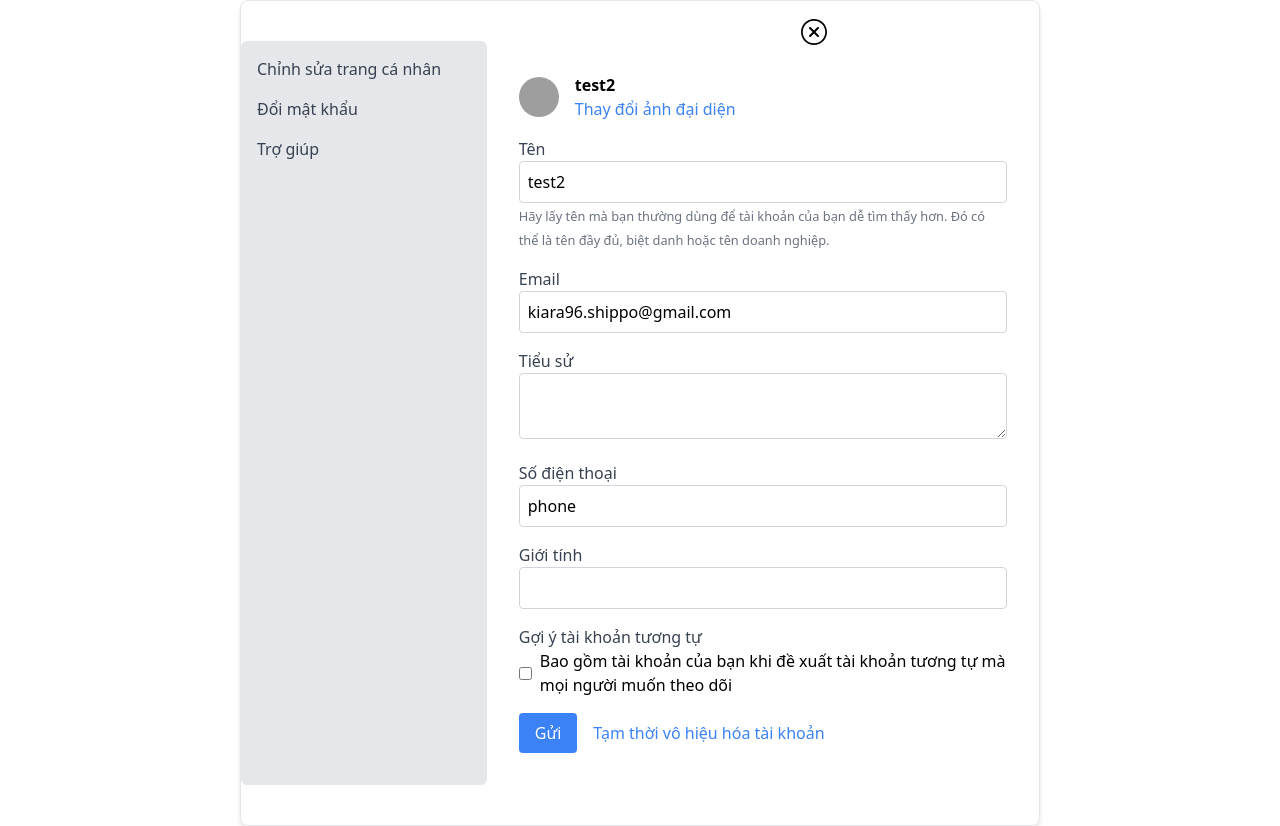
Repository: DangNgocDuong250903/2425_CS445AC_NHOM1
Page: /update_user (app in social_fe/)
The author's editor kept a copy of each file at every save. The page is drawn from the files as they stood at one save, then again after the next save.
The browser window is 1280 px wide. The pictures show the whole page.
Pictures or frames that could not be fetched are drawn as grey boxes. The project was rebuilt for these pictures with package versions that can differ from the ones it lists, and the page was loaded fresh each time. Also part of the build but not shown: social_fe/vite.config.js, social_fe/src/components/Button/index.jsx, social_fe/src/assets/index.js, social_fe/src/components/FriendCard/index.jsx, social_fe/src/components/Loading/index.jsx, social_fe/src/components/PostCard/index.jsx, social_fe/src/components/ProfileCard/index.jsx, social_fe/src/components/TextInput/index.jsx and 8 more.

Above is the page before, as saved 2024-11-05 11:04:28.

After the next save:
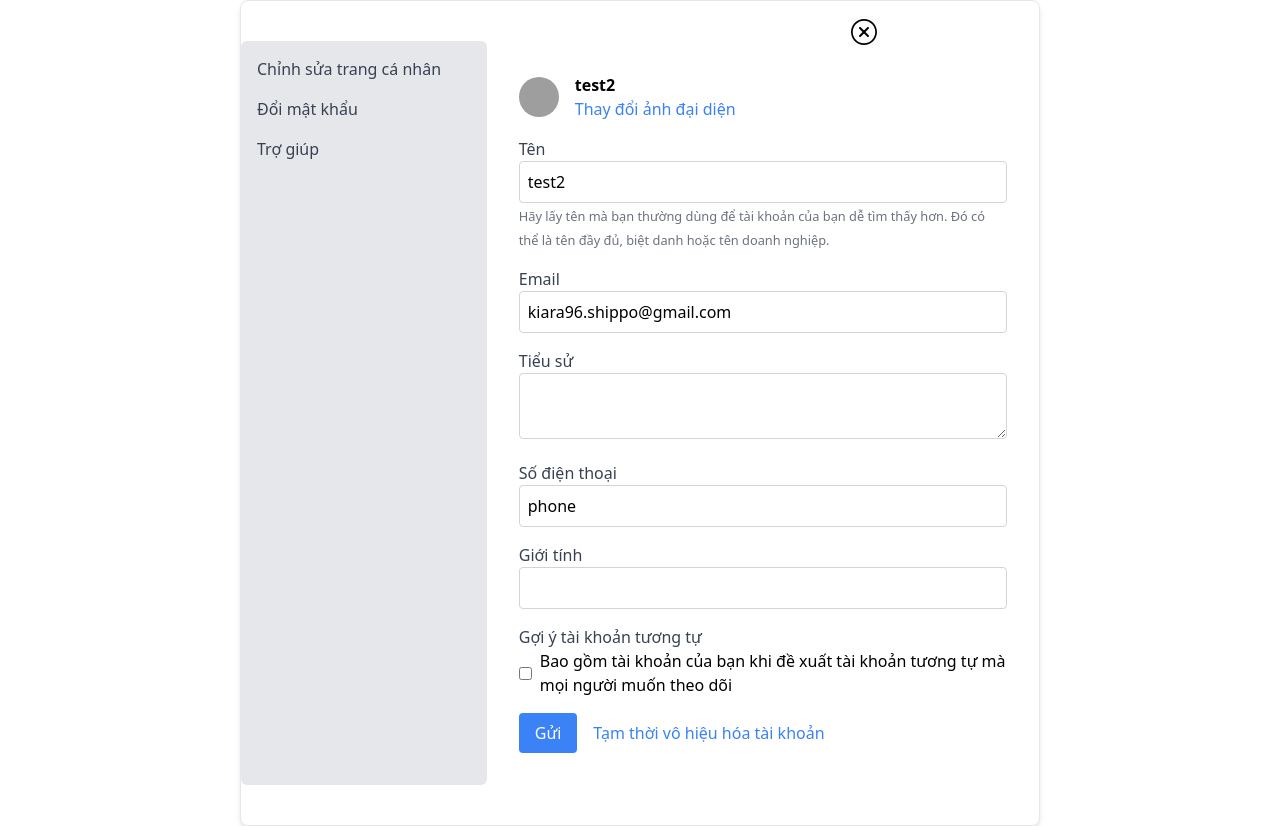
Saved 4 s later.
--- a/social_fe/src/pages/ProfilePage/updateUser.jsx
+++ b/social_fe/src/pages/ProfilePage/updateUser.jsx
@@ -10,7 +10,7 @@ const UpdateUser = () => {
     };
     return (
         <div className="flex w-[800px] mx-auto pt-10 pb-10 border border-gray-200 shadow-md rounded-lg ">
-            <IoIosCloseCircleOutline onClick={() => navigate("/")} className="absolute w-8 h-8 cursor-pointer top-4 right-[450px] hover:text-red-400 " />
+            <IoIosCloseCircleOutline onClick={() => navigate("/")} className="absolute w-8 h-8 cursor-pointer top-4 right-[400px] hover:text-red-400 " />
             <div className="w-1/3 p-4 bg-gray-200 rounded-md">
                 <ul className="flex flex-col">
 
